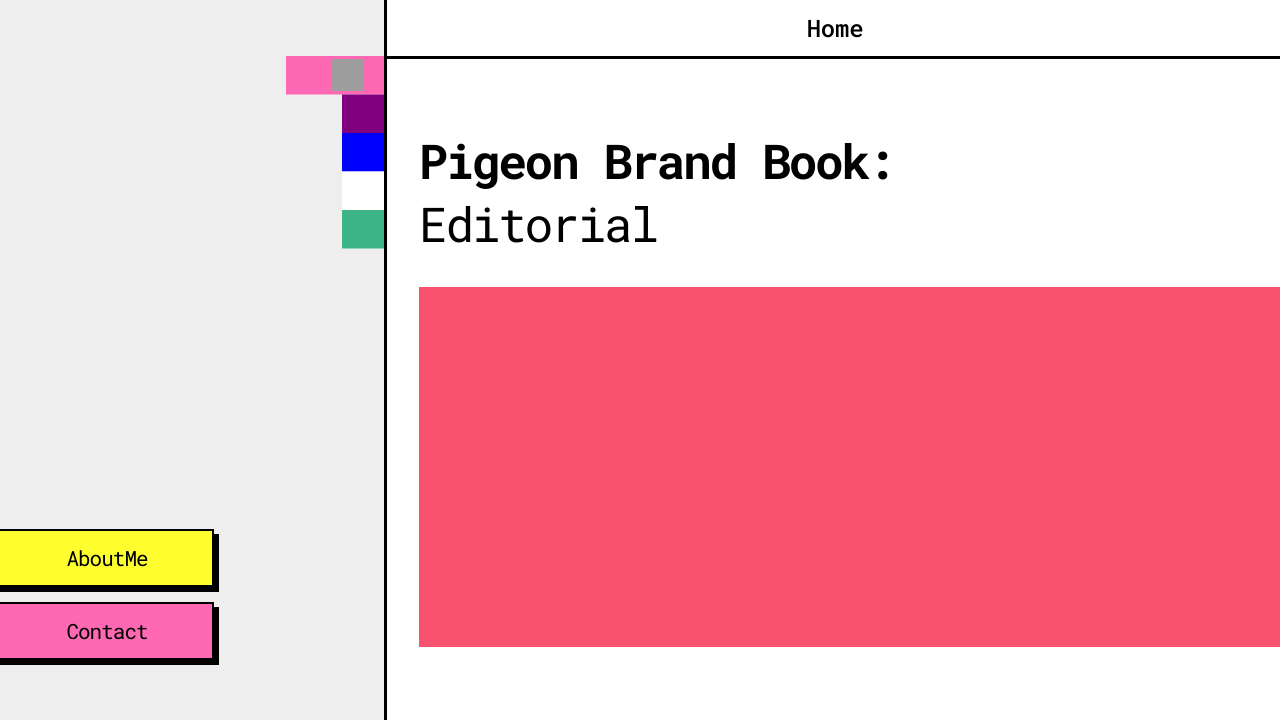
Repository: keesuk/__esuke_
Page: /Pigeon
The author's editor kept a copy of each file at every save. The page is drawn from the files as they stood at one save, then again after the next save.
The browser window is 1280 px wide. The pictures show the whole page.
Pictures or frames that could not be fetched are drawn as grey boxes. The project was rebuilt for these pictures with package versions that can differ from the ones it lists, and the page was loaded fresh each time. Also part of the build but not shown: src/components/_AboutMe.jsx, src/components/_Contact.jsx, src/components/Left.js, src/components/Introduce.js, src/components/FolioList.js, src/pages/_Projects.jsx.

Above is the page before, as saved 2021-02-05 18:25:25.

### public/index.html
<!DOCTYPE html>
<html lang="kr">
  <head>
    <meta charset="utf-8" />
    <link rel="icon" href="%PUBLIC_URL%/favicon.ico" />
    <meta name="viewport" content="width=device-width, initial-scale=1" />
    <meta name="theme-color" content="#000000" />
    <meta
      name="description"
      content="Web site created using create-react-app"
    />
    <link rel="apple-touch-icon" href="%PUBLIC_URL%/logo192.png" />
    <link rel="manifest" href="%PUBLIC_URL%/manifest.json" />
    <title>React App</title>
  </head>
  <body>
    <div id="root"></div>
  </body>
</html>

### src/index.js
import React from 'react';
import ReactDOM from 'react-dom';
import './index.css';
import Root from './client/Root';
import reportWebVitals from './reportWebVitals';
import { createMuiTheme } from '@material-ui/core/styles';


createMuiTheme({
    typography: {
        useNextVariants: true,
        fontFamily: '"Noto Sans KR"'
    }
});

ReactDOM.render(<Root />, document.getElementById('root'));
reportWebVitals();

### src/index.css
@import url(https://fonts.googleapis.com/earlyaccess/notosanskr.css);
@import url(https://fonts.googleapis.com/css2?family=Roboto+Mono:wght@200;300;400;500;600;700&display=swap);

body {
    margin: 0;
    user-select: none;
    font-family: -apple-system, BlinkMacSystemFont, 'Segoe UI', 'Roboto', 'Oxygen','Ubuntu', 'Cantarell', 'Fira Sans', 'Droid Sans', 'Helvetica Neue',sans-serif;
    font-family: 'Roboto Mono', monospace !important;
    -webkit-font-smoothing: antialiased;
    -moz-osx-font-smoothing: grayscale;
    cursor: url("data:[embedded picture, 1918 characters]"), auto;
}

/* font-family: 'Noto Sans KR' !important; */

code {
    font-family: 'source-code-pro', 'Menlo', 'Monaco', 'Consolas', 'Courier New',monospace;
}

button {
    all: unset;
    cursor: url("data:[embedded picture, 2146 characters]"), pointer;
}

a {
    all: unset;
    cursor: url("data:[embedded picture, 2146 characters]"), pointer;
}

a:visited {
    color: inherit;
}

header {
    all: unset;
}

@keyframes effect {
    0%   { opacity: 0; }
    95%  { opacity: 0; }
    100% { opacity: 1; }
};

### src/client/Root.js
import React from "react";
import { BrowserRouter } from "react-router-dom";
import smoothscroll from 'smoothscroll-polyfill';
import App from "../shared/App";


const Root = () => {
    smoothscroll.polyfill()

    return(
        <BrowserRouter>
            <App/>
        </BrowserRouter>
    )
}

export default Root;

### src/shared/App.js
import { Component } from "react";
import { Route } from "react-router-dom";

import Index from "../components/Index"
import Home from "../components/Home"
import Menu from "../components/Menu"
import Left from "../components/Left"

import styled from "styled-components";
import Projects from "../pages/_Projects.jsx";

import { line_1, all_portFolio, app_Div } from "../_data/_Functions.jsx";

const RightDiv = styled.div`
    width: 70vw;
    margin-left: 30vw;
    z-index: 50;
    border-left: ${line_1};
    background-color: #FFF;
    ${app_Div}
`;
const LeftDiv = styled.div`
    width: 30vw;
    z-index: 0;
    background-color: #EEE;
    ${app_Div}
`;

class App extends Component {
    render() {
        return (<>
            <header>
                <Route path="/">
                    <Home/>
                    <Menu/>
                    <Index/>
                </Route>
            </header>
            <RightDiv>
                <Route exact path="/" component={Projects}/>
                {all_portFolio.map(v =>
                <Route
                    path={"/" + v["title"]}
                    key={v["title"]}
                    component={v["componentR"]}
                />)}
            </RightDiv>
            <LeftDiv>
                <Route path="/" component={Left}/>
            </LeftDiv>
        </>)
    }
}

export default App;

### src/components/Index.js
import React from 'react';
import styled from 'styled-components';
import { NavLink } from "react-router-dom";

import { all_portFolio } from '../_data/_Functions.jsx';

const width = 60
const hoverWidth = 140
const border = 4.5
const right = hoverWidth + 15
const height = width-5
const imgWidth = height - (border * 2)
const marginLeft = width

const IndexDiv = styled.div`
    @media all and (min-width:0px) and (max-width:1080px) {transform: scale(0.6, 0.6);}
    @media all and (min-width:1081px) {transform: scale(0.7, 0.7);}
    transform-origin: top right;
    transition: all .2s ;
    position: absolute;
    z-index: 50;
    width: ${width}px;
    margin-left: -${width}px;
    height: 50vh;
    left: 30vw;
    margin-top: 3.5em;
    float: right;

    &:hover {
        @media all and (min-width:0px) and (max-width:1080px) {transform: scale(0.9, 0.9);}
        @media all and (min-width:1081px) {transform: scale(1.0, 1.0);}
    }

    .active {
        width: ${hoverWidth}px;
    }
`;
const IndexContent = styled(NavLink)`
    width: ${width}px;
    height: ${height}px;
    float: right;
    padding: 0;
    white-space: nowrap;
    transition: all .2s ease;
    background-color: ${props => props.color};

    &:hover {
        width: ${hoverWidth}px;
    }
    &:active {
        width: ${hoverWidth + 12}px;
    }
    .img {
        margin-left: ${marginLeft}px;
        border: ${border}px solid ${props => props.color};
        width: ${imgWidth}px;
        height: ${imgWidth}px;
    }
    .title {
        right: ${right}px;
        height: ${height}px;
        transform: translateY(-80%);
        position: absolute;
        font-size: 18px;
        font-weight: 400;
        opacity: 0;
        display: none;
    }
    &:hover .title {
        opacity: 1;
        display: block;
    }
`;

const Index = () => {
    return (
        <IndexDiv>
            {all_portFolio.map(v =>
                <IndexContent
                    to={v["title"]}
                    key={v["title"]}
                    color={v["color"]}
                    activeClassName="active"
                >
                    <img className="img" src={v["img"]} alt={""}/>
                    <div className="title">{v["title"]}</div>
                </IndexContent>
            )}
        </IndexDiv>
    )
}

export default Index;

### src/components/Home.js
import React from 'react';
import styled from 'styled-components';
import { Link } from "react-router-dom";
import { line_1, rainbow } from '../_data/_Functions.jsx';


const HomeButton = styled.button`
    position: fixed;
    z-index: 100;
    border-left: ${line_1};
    border-bottom: ${line_1};
    background-color: white;
    width: 70vw;
    height: 3.5em;
    margin-left: 30vw;

    div {
        display: flex;
        font-size: 1.5em;
        font-weight: 500;
        width: 100%;
        justify-content: center;
        align-items: center;
        letter-spacing: -.01em;
    }
    &:after {
        content: "";
        position: absolute;
        width: 30%;
        height: .15em;
        left: 35%;
        right: 35%;
        top: 50%;
        bottom: 50%;
        visibility: hidden;
        background: ${rainbow};
    }
    &:hover:after {
        visibility: visible;
    }
`;

const Home = () => {
    return(
        <Link to="/">
            <HomeButton>
                <div>Home</div>
            </HomeButton>
        </Link>
    )
}
export default Home;

### src/components/Menu.js
import { Component } from "react";
import styled from 'styled-components';
import AboutMe from "../components/_AboutMe.jsx";
import Contact from "../components/_Contact.jsx";

import { line_3, menu_menu, menu_aboutMe } from '../_data/_Functions.jsx';

const MenuDiv = styled.div`
    position: fixed;
    z-index: 1000;
    display: grid;
    grid-gap: 15px;
    margin-left: -30px;
    bottom: 60px;
`;
const MenuObj = styled.div`
    button {
        padding-left: 30px;
        width: 210px;
        height: 54px;
        border: ${line_3};
        box-shadow: 5px 5px black;

        .open {
            font-weight: 400;
            font-size: 21px;
            width: 210px;
            letter-spacing: -1px;
            text-align: center;
            align-items: auto;
        }
        .close {
            position: absolute;
            color: white;
            z-index: 100;
            margin-left: ${props => props.leftText};
            margin-top: ${props => props.marginText};
            font-size: 12px;
            font-weight: 600;
            white-space: nowrap;
            transform: rotate(-90deg);
        }
    }
    .postIt {
        &:hover {
            text-decoration-line: line-through;
            text-decoration-thickness: 3.5px;
            box-shadow: 6px 6px 6px #999;
        }
        &:active {
            text-decoration-line: line-through;
            text-decoration-thickness: 2px;
            box-shadow: 2px 2px 2px #666;
        }
    }
    .postItAfter {
        width: ${props => props.width};
        box-shadow: none;
        border-right: 0px;

        &:hover {
            box-shadow: -4px 3.5px 3.5px rgba(0, 0, 0, .5);
        }
        &:after {
            content: "";
            position: absolute;
            width: 58px;
            height: ${props => props.height};
            left: ${props => props.left};
            margin-top: ${props => props.margin};
            background-color: black;
        }
        &:hover:after {
            box-shadow: 0em -.1em .8em rgba(0, 0, 0, .3);
        }
        &:before {
            content: "";
            position: absolute;
            left: ${props => props.left};
            margin-top: -29px;
            width: 0;
            height: 0;
            border-style: solid;
            border-width: 58px 58px 0 0;
            border-color: black transparent transparent transparent;
        }
    }
`;

class Menu extends Component {
    constructor(props){
        super(props)
        this.state = {
            menu: {},
            aboutMe: {},
        }
        this.postItHandler = this.postItHandler.bind(this)
        this.postItClose = this.postItClose.bind(this)
        this.postItReorder = this.postItReorder.bind(this)
    }

    componentDidMount(){
        this._menu()
        this._aboutMe()
    }
    _menu(){
        const menuObj = {}

        menu_menu.map(v => Object.assign(menuObj, {
            [v.title] : false
        }))
        this.setState({ menu : menuObj })
    }
    _aboutMe(){
        const aboutMeObj = {}

        menu_aboutMe.map(v => Object.assign(aboutMeObj, {
            [menu_aboutMe.indexOf(v)] : {
                "value": menu_aboutMe.indexOf(v),
                "bool" : false
        }}))
        this.setState({ aboutMe : aboutMeObj })
    }
    postItHandler(v){
        const bool = this.state.menu[v]
        const menuObj = this.state.menu
        const aboutMeObj = this.state.aboutMe

        if(v === "AboutMe"){
            if(bool === true){
                for(let key in aboutMeObj){
                    aboutMeObj[key]["value"] = parseInt(key)
                    aboutMeObj[key]["bool"] = false
            }}else{
                for(let key in aboutMeObj){
                    aboutMeObj[key]["bool"] = true
        }}}
        menuObj[v] = !bool

        this.setState({
            menu : menuObj,
            aboutMe : aboutMeObj
        })
    }
    postItClose(num){
        const aboutMeObj = this.state.aboutMe
        aboutMeObj[num]["bool"] = false

        this.setState({ aboutMe : aboutMeObj })
    }
    postItReorder(num){
        const aboutMeObj = this.state.aboutMe
        const last = Object.keys(aboutMeObj).length-1

        for(let key in aboutMeObj) aboutMeObj[key]["value"]--

        aboutMeObj[num]["value"] = last
        this.setState({ aboutMe : aboutMeObj })
    }


    render(){
        const { menu, aboutMe }  = this.state

        return(<>
            {menu["AboutMe"]
                ? menu_aboutMe.map((v, i) =>
                    aboutMe[i]["bool"]
                    ? <AboutMe
                        close={this.postItClose}
                        order={this.postItReorder}
                        value={aboutMe[i]["value"]}
                        tape={v["tape"]}
                        width={v["width"]}
                        color={v["color"]}
                        borColor={v["borColor"]}
                        content={v["content"]}
                        key={i}
                        num={i}/>
                    : null)
                : null
            }
            {menu["Contact"]
                ? <Contact/>
                : null
            }
            <MenuDiv>
                {menu_menu.map(v =>
                    <MenuObj
                        left={v["left"]}
                        leftText={v["leftText"]}
                        margin={v["margin"]}
                        marginText={v["marginText"]}
                        height={v["height"]}
                        width={v["width"]}
                        key={v["title"]}
                    >
                        <button
                            onClick={()=> this.postItHandler(v["title"])}
                            className={menu[v["title"]] ? "postItAfter": "postIt"}
                            style={{backgroundColor: v["color"]}}
                        >
                            {menu[v["title"]]
                                ? <div className="close">Close All</div>
                                : <div className="open">{v["title"]}</div>
                            }
                        </button>
                    </MenuObj>
                )}
            </MenuDiv>
        </>)
    }
}

export default Menu;

### src/_data/_Functions.jsx
import Pigeon from "../pages/_Pigeon.jsx"
import Ruler from "../pages/_Ruler.jsx"
import Onvoyage from "../pages/_Onvoyage.jsx"
import Gmf from "../pages/_Gmf.jsx"
import Samsara from "../pages/_Samsara.jsx"

import PigeonImg from "./img/Pigeon.png"
import RulerImg from "./img/Ruler.png"
import OnvoyageImg from "./img/Onvoyage.png"
import GmfImg from "./img/Gmf.png"
import SamsaraImg from "./img/Samsara.png"

export const yellow = "#ffff2f"
export const deepYellow = "#ccaa66"

export const purple = "rgba(200, 100, 250, .8)"
export const red = "rgba(250, 100, 250, .8)"
export const cyan = "rgba(100, 250, 250, .8)"
export const green = "rgba(150, 250, 80, .8)"

export const pink = "hotpink"
export const rainbow = "linear-gradient(to right, red, orange, yellow, green, cyan, blue, violet)"

export const paperTexture = "https://media.istockphoto.com/photos/paper-texture-background-picture-id667786998?b=1&k=6&m=667786998&s=612x612&w=0&h=8lcKr0m8Vs8JUUHGa7Dz7CZa5ln-xsD5on7nLFKRg8c="

export const blueS = (opacity) => `rgba(0, 0, 250, ${opacity})`
export const redS = (opacity) => `rgba(250, 60, 0, ${opacity})`
export const greenS = (opacity) => `rgb(0, 250, 0, ${opacity})`

export const line_1 = ".19em solid black"
export const line_2 = ".13em solid"
export const line_3 = "2px solid black"
export const line_4 = "2em solid rgba(250, 250, 0, .8)"

export const app_Div = `
    position: fixed;
    overflow: scroll;
    height: 91vh;
    padding-top: 9vh;
`
export const pages_Margin = `
    margin-left: 2.5vw;
    margin-right: 2.5vw;
`

export const introDiv_introduce = "Keesuk Lee is a graphic Designer and Developer living in Seoul, S.Korea."

export const projects_link = [
    {
        "title" : "Instagram",
        "link" : "https://www.instagram.com/keesukeeeeee/",
        "color": "#F58529, #DD2A7B, #8134AF, #515BD4"
    },{
        "title" : "Github",
        "link" : "https://github.com/keesuk",
        "color": "#216e39, #30a14e, #40c463"
    }
]
export const all_portFolio = [
    {
        "title": "Pigeon",
        "category": "Editorial",
        "color" : "hotpink",
        "img" : PigeonImg,
        "componentR" : Pigeon,
        "componentL" : null,
    },{
        "title": "Samsara",
        "category": "Poster",
        "color" : "purple",
        "img" : SamsaraImg,
        "componentR" : Samsara,
        "componentL" : null,
    },{
        "title": "Ruler",
        "category": "Editorial",
        "color" : "blue",
        "img" : RulerImg,
        "componentR" : Ruler,
        "componentL" : null,
    },{
        "title": "on Voyage",
        "category": "VR UI/UX",
        "color" : "white",
        "img" : OnvoyageImg,
        "componentR" : Onvoyage,
        "componentL" : null,
    },{
        "title": "GMF Festival",
        "category": "Branding",
        "color" : "#3EB489",
        "img" : GmfImg,
        "componentR" : Gmf,
        "componentL" : null,
    },
]
export const menu_menu = [
    {
        "title" : "AboutMe",
        "color": yellow,
        "left" : "122px",
        "leftText" : "86px",
        "height" : "66px",
        "margin" : "-95px",
        "marginText" : "-57px",
        "width" : "90px"
    }, {
        "title" : "Contact",
        "color": pink,
        "left" : "48px",
        "leftText" : "13px",
        "height" : "139px",
        "margin" : "-168px",
        "marginText" : "-130px",
        "width" : "16px"
    }
]
export const menu_aboutMe = [
    {
        "content" : "",
        "width" : "300px",
        "color" : "white",
        "borColor" : "#aaa",
        "tape" : {
            "angle" : randomize([-30, -20, -10, -5, 2, 10, 20, 30]),
            "color" : randomize([purple, red]),
            "length" :"80px",
        }
    },{
        "content" : "",
        "width" : "300px",
        "color" : "white",
        "borColor" : "#aaa",
        "tape" : {
            "angle" : randomize([-36, -27, -13, -7, 5, 13, 27, 36]),
            "color" : randomize([cyan, green]),
            "length" : "160px",
        }
    },{
        "content" : "",
        "width" : "200px",
        "color" : yellow,
        "borColor" : deepYellow,
        "tape" : null,
    },{
        "content" : "",
        "width" : "200px",
        "color" : yellow,
        "borColor" : deepYellow,
        "tape" : null,
    },{
        "content" : "",
        "width" : "200px",
        "color" : yellow,
        "borColor" : deepYellow,
        "tape" : null,
    },{
        "content" : "",
        "width" : "200px",
        "color" : yellow,
        "borColor" : deepYellow,
        "tape" : null,
    },{
        "content" : "",
        "width" : "200px",
        "color" : yellow,
        "borColor" : deepYellow,
        "tape" : null,
    },{
        "content" : "",
        "width" : "200px",
        "color" : yellow,
        "borColor" : deepYellow,
        "tape" : null,
    }
]


export function randomize(items) {
    const item = items[Math.floor(Math.random() * items.length)]
    return item
}

export function change(items) {
    let i = 0

    function changeRe(items){
        i = (i+1) % items.length
        return items[i]
    }
    return changeRe(items)
}

export function move(arr, from, to){
    return arr.splice(to, 0, arr.splice(from, 1)[0])
}

export function findObject(obj, boolean) {
    let arr = obj

    if (!Array.isArray(arr)) arr = Object.values(arr)

    return arr.find((value) => {
        return value.bool === boolean
    })
}

### src/pages/_Pigeon.jsx
import styled from 'styled-components';

const TitleDiv = styled.div`
    margin-left: 2.5vw;
    margin-right: 2.5vw;
    margin-bottom: 2.5vw;
    margin-top: 5vw;
    font-size: 3em;
    font-weight: 400;
    letter-spacing: -.05em;
`;
const TitlePicDiv = styled.div`
    margin-left: 2.5vw;
    background-color: #f8526e;
    width: 100%;
    height: 50vh;
`;
const _Pigeon = () => {
    return(<>
        <TitleDiv>
            <strong>Pigeon Brand Book:</strong> <br/>
            Editorial
        </TitleDiv>
        <TitlePicDiv/>
    </>)
}

export default _Pigeon;

### src/pages/_Ruler.jsx
const Ruler = () => {
    return(
        null
    )
}

export default Ruler;

### src/pages/_Onvoyage.jsx
const _Onvoyage = () => {
    return(
        null
    )
}

export default _Onvoyage;

### src/pages/_Gmf.jsx
const _Gmf = () => {
    return(
        null
    )
}

export default _Gmf;

### src/pages/_Samsara.jsx
const Samsara = () => {
    return(
        null
    )
}

export default Samsara;

Loaded but not shown: src/reportWebVitals.js (common file)

After the next save:
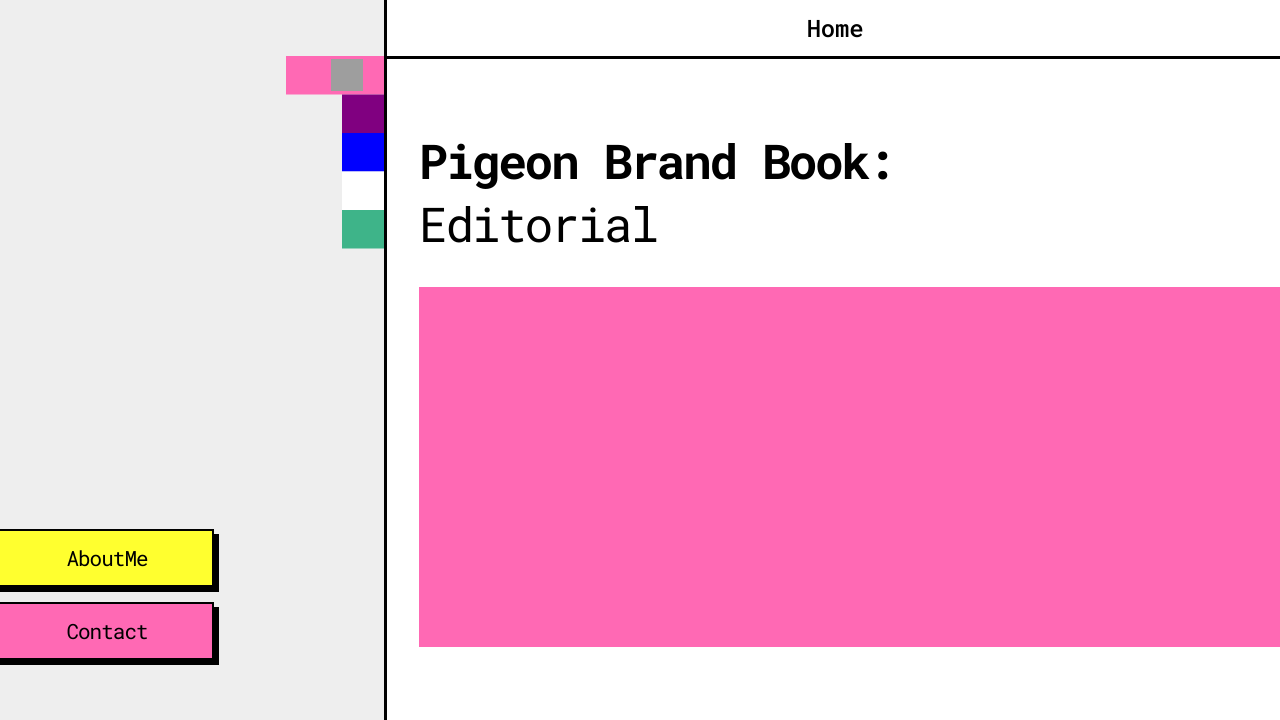
Saved 30 s later.
--- a/src/pages/_Pigeon.jsx
+++ b/src/pages/_Pigeon.jsx
@@ -11,7 +11,7 @@
 `;
 const TitlePicDiv = styled.div`
     margin-left: 2.5vw;
-    background-color: #f8526e;
+    background-color: hotpink;
     width: 100%;
     height: 50vh;
 `;

After the save that followed:
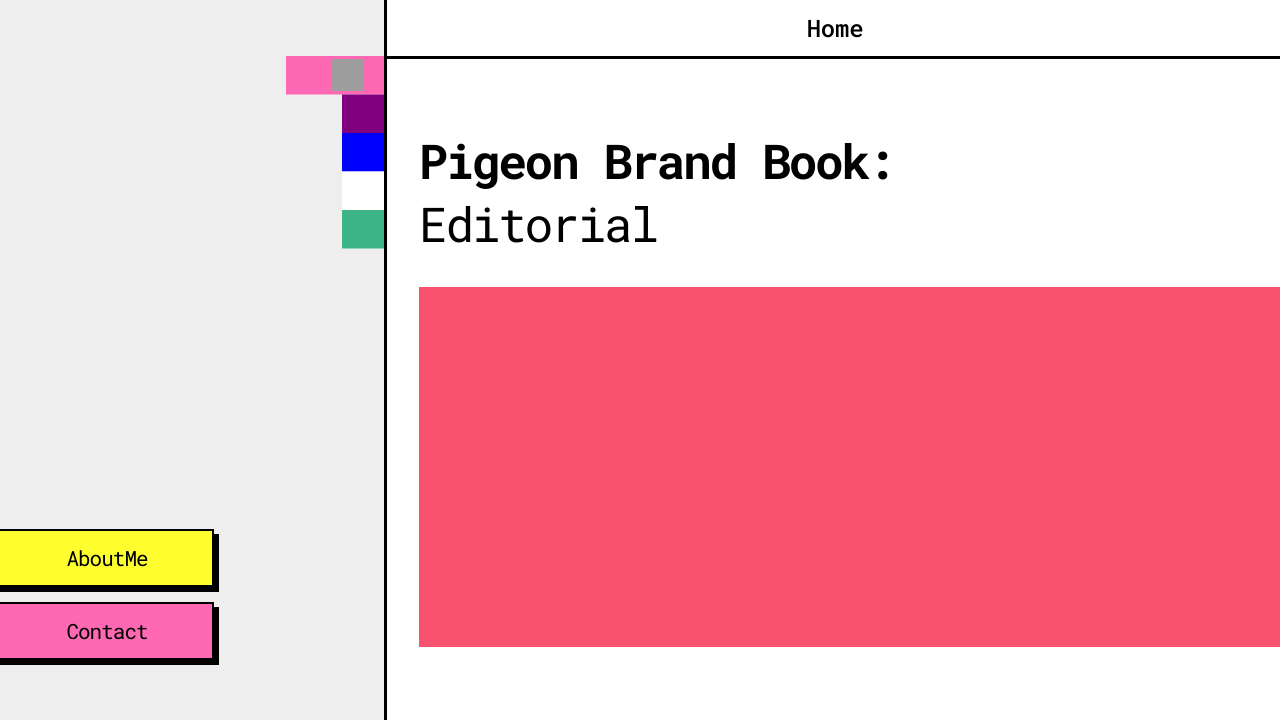
Saved 3 min 35 s later.
--- a/src/pages/_Pigeon.jsx
+++ b/src/pages/_Pigeon.jsx
@@ -11,7 +11,7 @@
 `;
 const TitlePicDiv = styled.div`
     margin-left: 2.5vw;
-    background-color: hotpink;
+    background-color: #f8526e;
     width: 100%;
     height: 50vh;
 `;
